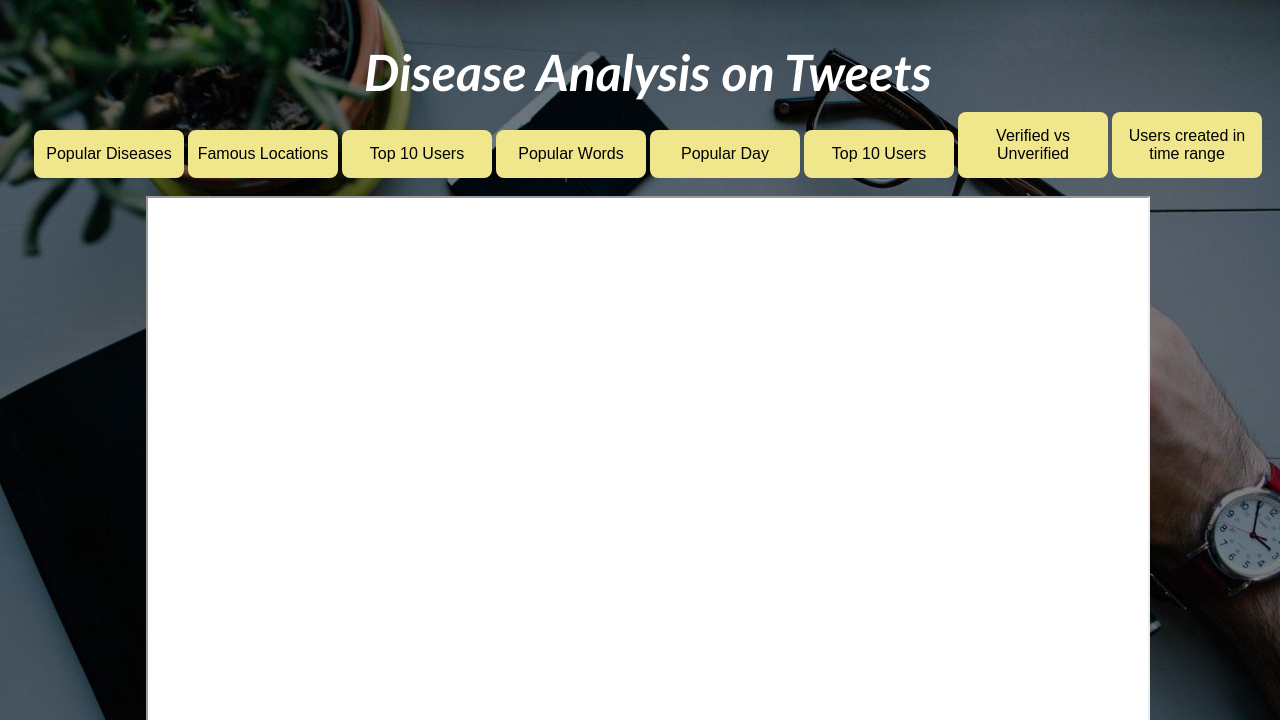
Repository: SaitejaswiK/Principles-of-BigData-Management
Page: Phase2/Source/PB_Project2/TwitterAnalysis/WebContent/home.html
These files come from the project's save history. The page is drawn as it stood at one moment and after the next save; the edit follows.
The browser window is 1280 px wide. The pictures show the whole page.

Above is the page before, as saved 2018-12-04 03:38:55.

### Phase2/Source/PB_Project2/TwitterAnalysis/WebContent/home.html
<!DOCTYPE html>
<html lang="en">

<head>
    <meta charset="UTF-8">
    <title>Disease Analysis on Tweets</title>
    <script>
        function query1(){
            document.getElementById('frame').src='diseasecnt';
        }
        function query2(){
            document.getElementById('frame').src='worldmap(query8).html';
        }
		function query3(){
            document.getElementById('frame').src='pyramid(query2).html';
        }
		function query4(){
            document.getElementById('frame').src='wordcloud';
        }
		function query5(){
            document.getElementById('frame').src='cuisine';
        }
        function query6(){
            document.getElementById('frame').src='pyramid(query2).html';
        }
        function query7(){
        	document.getElementById('frame').src='piechart(query7).html';
        }
        function query10(){
        	document.getElementById('frame').src='pointChart.html';
        }
        function query8(){
        	document.getElementById('frame').src='bubblechart(query6).html';
        }
    </script>
    <style type="text/css">
    .abc {
    background-color: #F0E68C;
    border: none;
    color: black;
    padding: 15px 0px;
    text-align: center;
    text-decoration: none;
    border-radius:8px;
    display: inline-block;
    font-size: 16px;
    }

    .ab{
    position: fixed;
    height: 100%;
    width: 100%;
    z-index: 0;
    background-image: url('bg.jpg');
    background-size: cover;
    background-repeat: no-repeat;
    background-attachment: fixed;
    }
   </style>
</head>

<body class="ab">
<div align=center>
<h1 style="margin-bottom: 10px; text-align: center; font-family:calibri;font-size:50px;color:white;font-style:italic;">Disease Analysis on Tweets</h2>
<!--<div style="top:100px; left:45px;">-->
<button onclick="query1()" style="width:150px;" class="abc">Popular Diseases</button>
<button onclick="query2()" style="width:150px;" class="abc">Famous Locations</button>
<button onclick="query3()" style="width:150px;" class="abc">Top 10 Users</button>
<button onclick="query4()" style="width:150px;" class="abc">Popular Words</button>
<button onclick="query5()" style="width:150px;" class="abc">Popular Day</button>
<button onclick="query6()" style="width:150px;" class="abc">Top 10 Users</button>
<button onclick="query7()" style="width:150px;" class="abc">Verified vs Unverified</button>
<button onclick="query10()" style="width:150px;" class="abc">Users created in time range</button>
<br><br>
<div style="left:30px;">
<iframe id='frame' src='' style="height: 750px; width:1000px;background-color:white"></iframe></div>
</div>
</body>
</html>

After the next save:
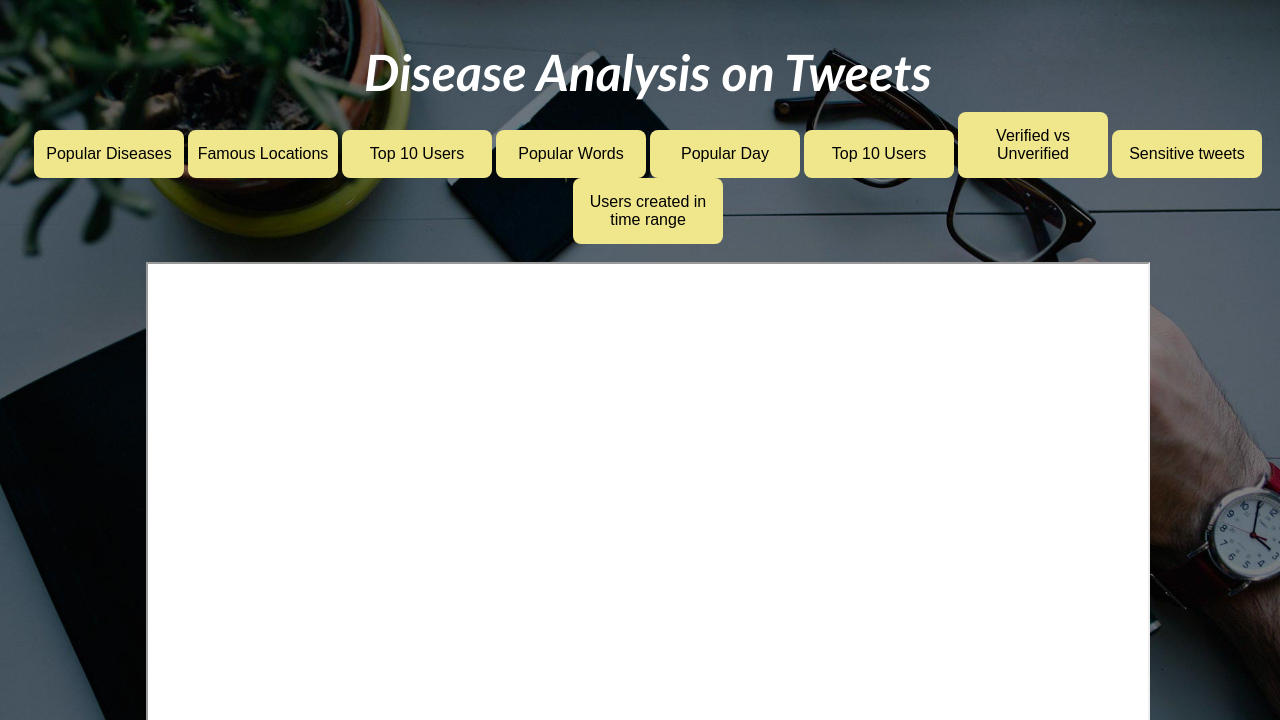
Saved 71 s later.
--- a/Phase2/Source/PB_Project2/TwitterAnalysis/WebContent/home.html
+++ b/Phase2/Source/PB_Project2/TwitterAnalysis/WebContent/home.html
@@ -70,6 +70,7 @@
 <button onclick="query5()" style="width:150px;" class="abc">Popular Day</button>
 <button onclick="query6()" style="width:150px;" class="abc">Top 10 Users</button>
 <button onclick="query7()" style="width:150px;" class="abc">Verified vs Unverified</button>
+<button onclick="query8()" style="width:150px;" class="abc">Sensitive tweets</button>
 <button onclick="query10()" style="width:150px;" class="abc">Users created in time range</button>
 <br><br>
 <div style="left:30px;">
